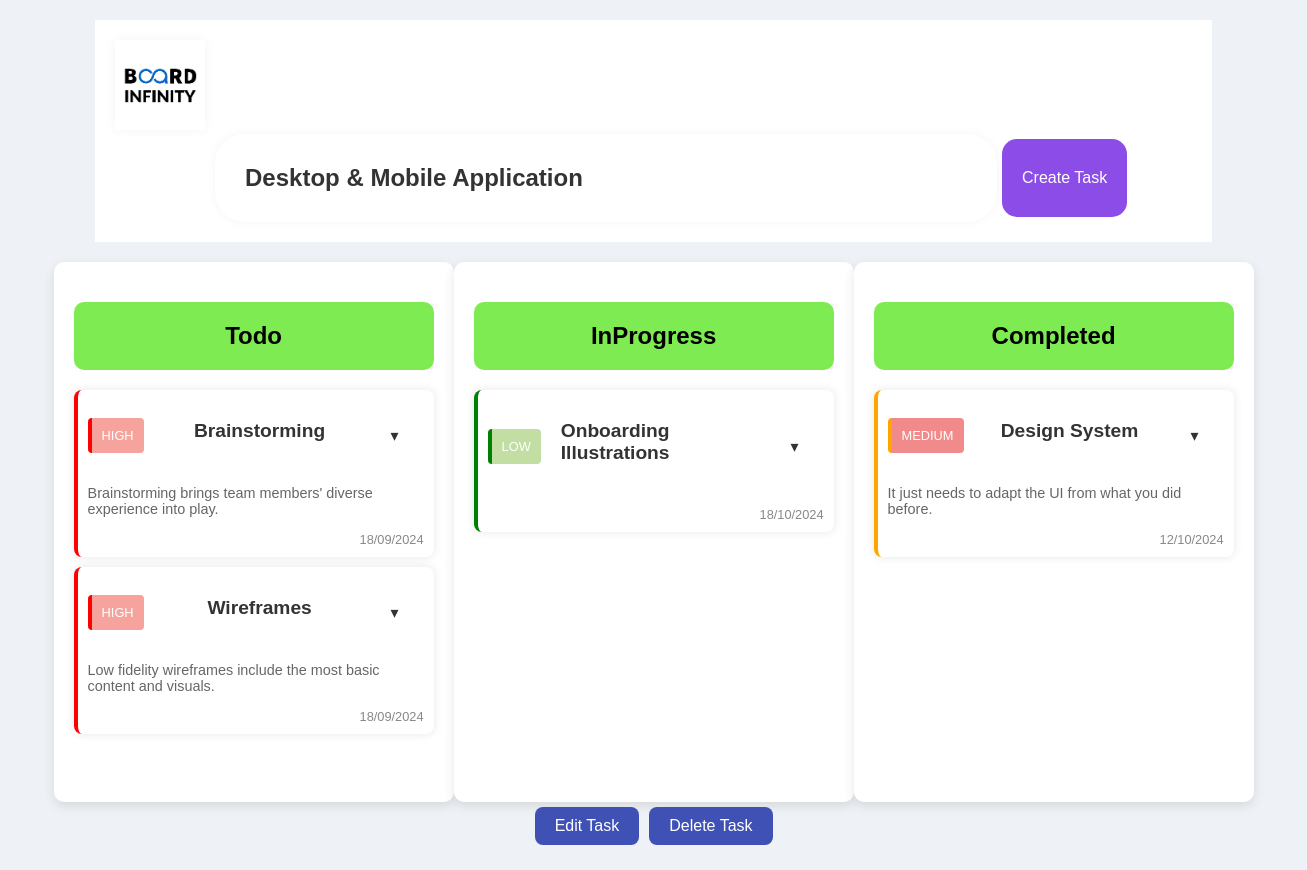
Repository: tanya2468/todo
Page: /
These files come from the project's save history. The page is drawn as it stood at one moment and after the next save; the edit follows.
The browser window is 1280 px wide. The page is 1307 px wide, so the pictures cover 1307 px, including what lies to the right of the window. The pictures show the whole page.
The project was rebuilt for these pictures with package versions that can differ from the ones it lists, and the page was loaded fresh each time. Also part of the build but not shown: src/TaskModal.css, src/TaskModal.js, src/EditTaskModal.js, src/DeleteTaskModal.js.

Above is the page before, as saved 2024-09-08 17:56:00.

After the next save:
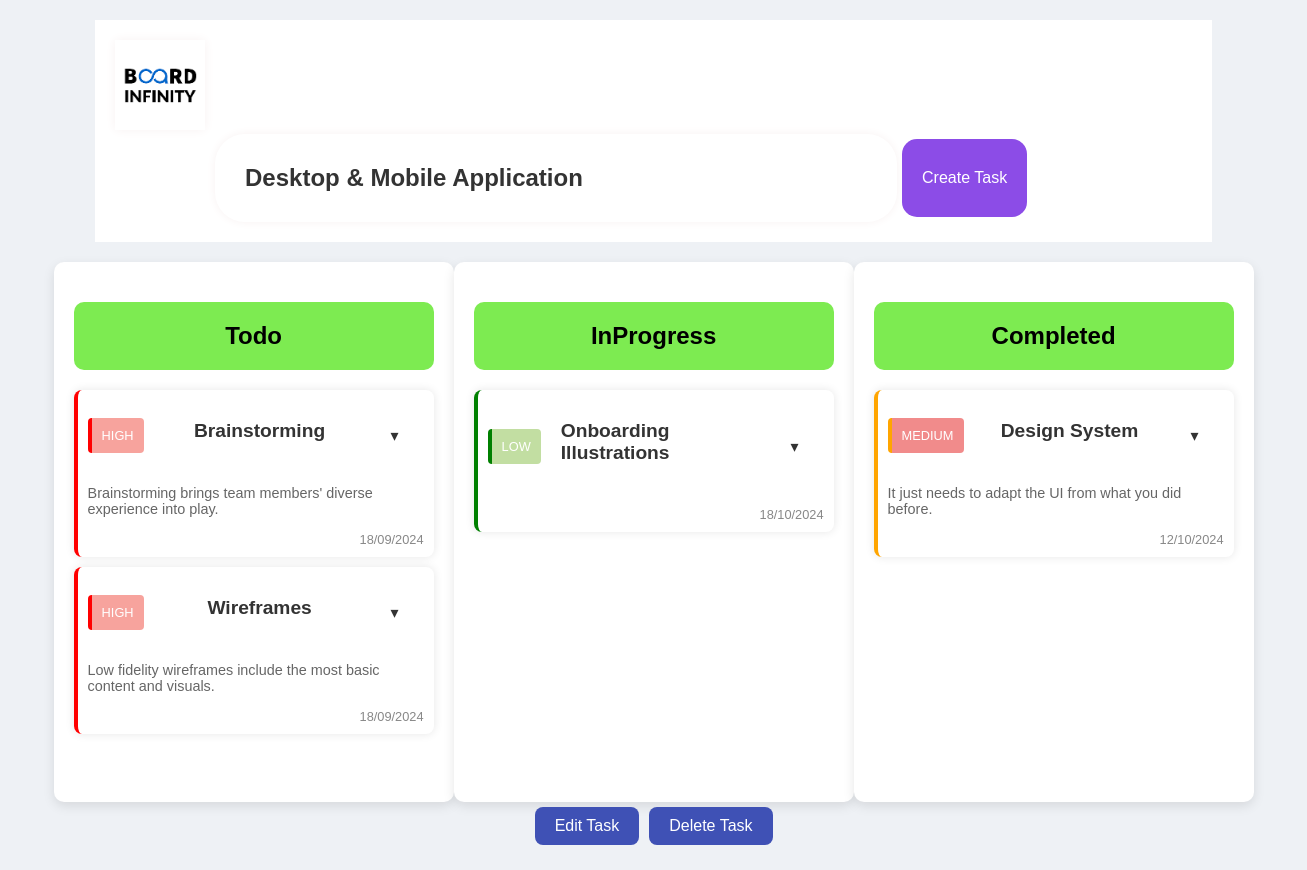
Saved 6 s later.
--- a/src/components/Dashboard.css
+++ b/src/components/Dashboard.css
@@ -44,7 +44,7 @@
     display: flex;
     justify-content: flex-end;
     border-radius:30px;
-    margin-right: 80px;
+    margin-right: 180px;
 
 }
 
